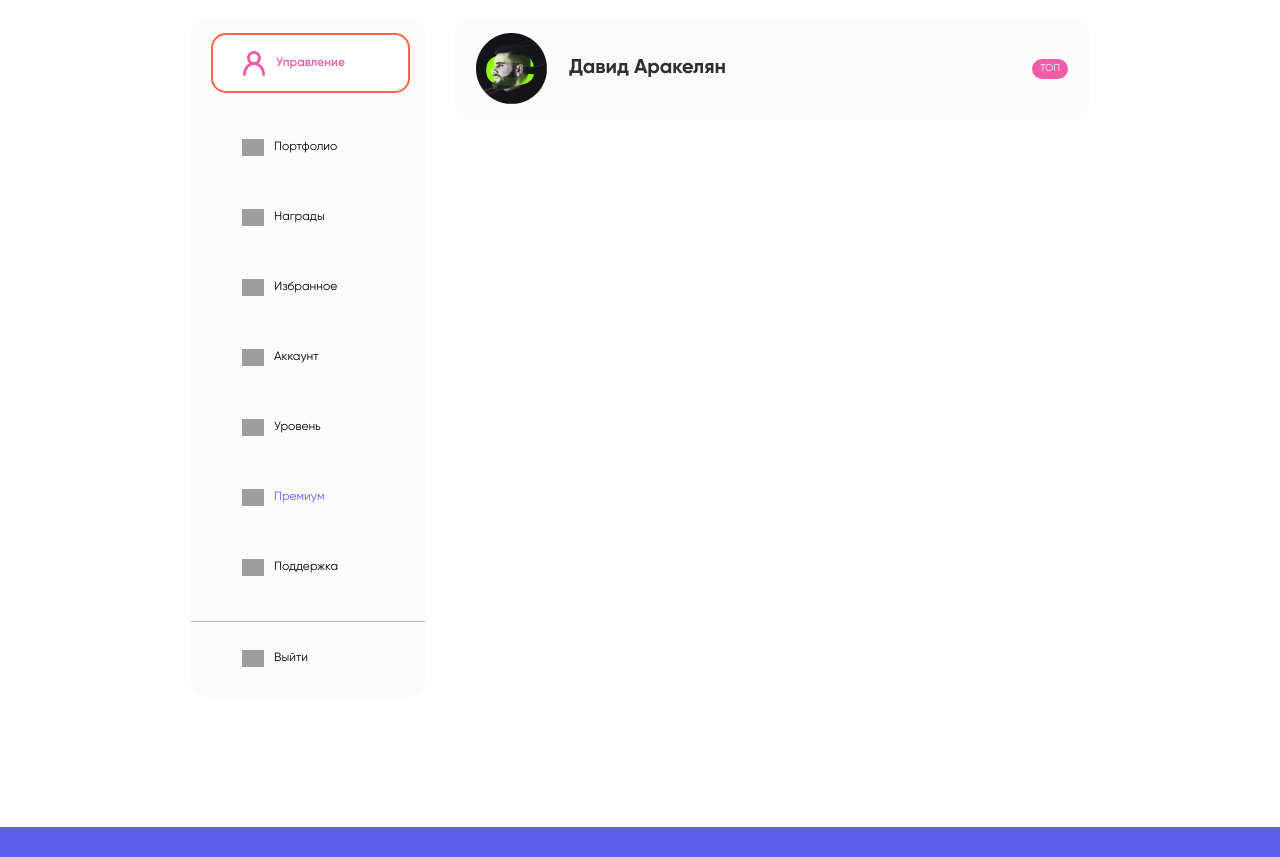
Repository: alexboagreek/selfmade
Page: index.html
An editor plug-in stored every save of this project. The page is shown before and after the next save, followed by the edit.
The browser window is 1280 px wide. The pictures show the part of the page from y = 353 to 1210 px (the page is 1719 px tall).
Pictures or frames that could not be fetched are drawn as grey boxes. A picture or video elsewhere on the page could not be fetched, so the positions and the page height are approximate.

Above is the page before, as saved 2022-12-13 12:42:06.

After the next save:
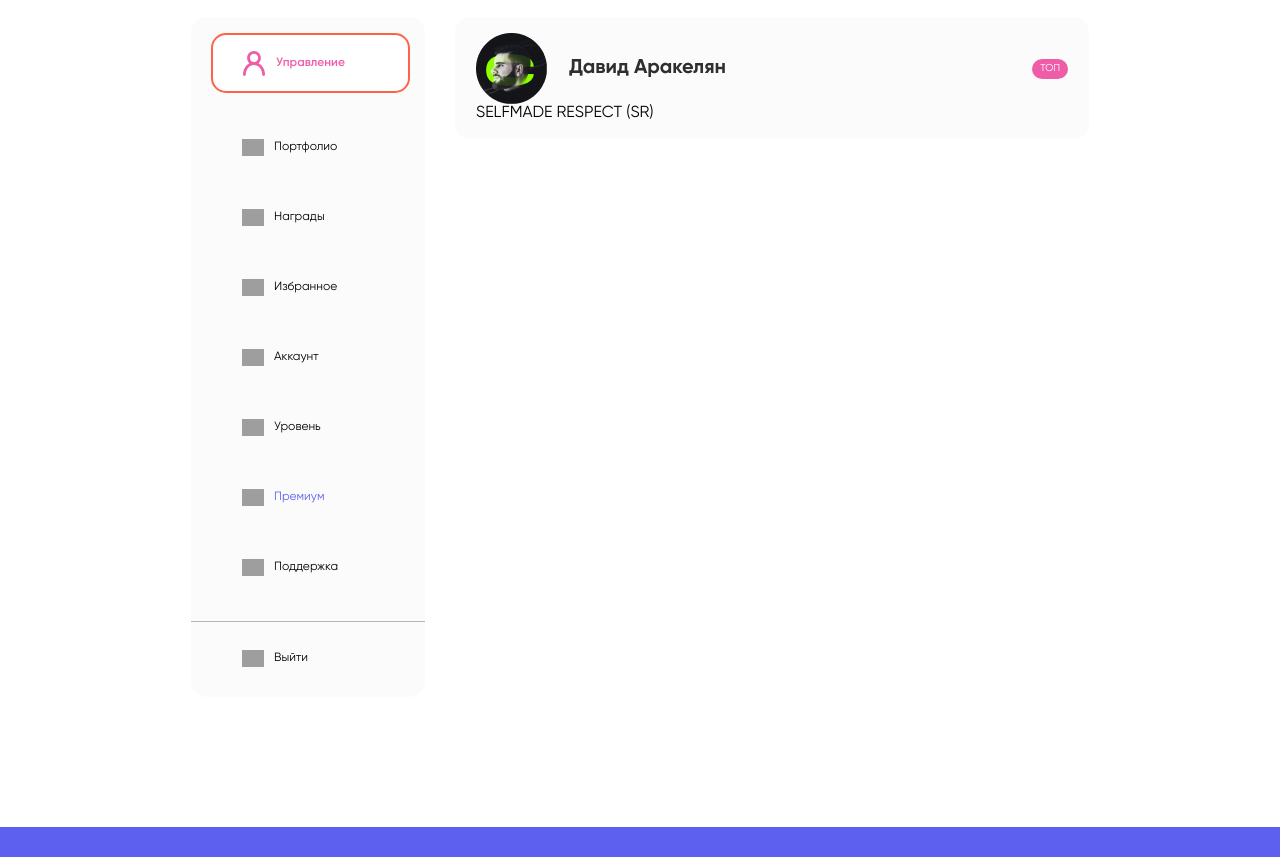
Saved 15 s later.
--- a/index.html
+++ b/index.html
@@ -75,7 +75,7 @@
                         <div class="interface__rating">Топ</div>
                     </div>
                     <div class="selfmade__respect">
-                        <div class="selfmade__respect_title"></div>
+                        <div class="selfmade__respect_title">SELFMADE RESPECT (SR)</div>
                     </div>
                 </div>
             </section>
